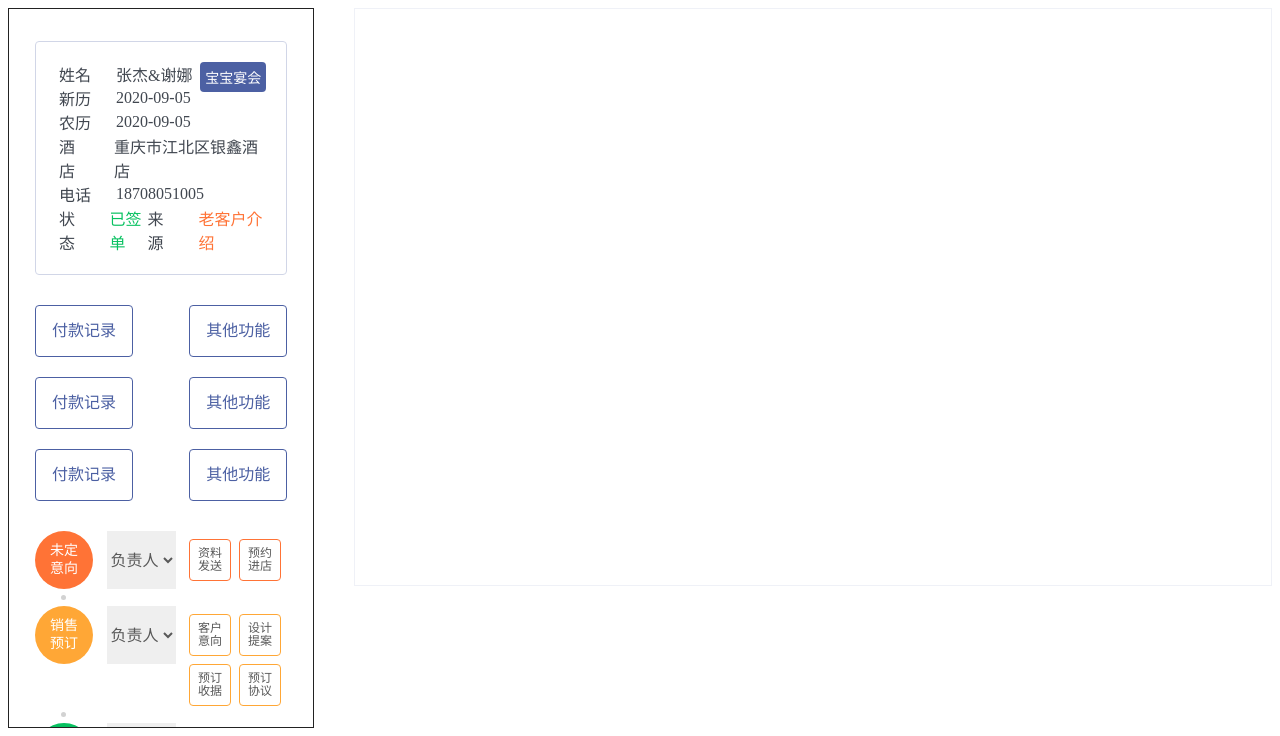
Repository: Lairuola/wedding-1
Page: index.html
The author's editor kept a copy of each file at every save. The page is drawn from the files as they stood at one save, then again after the next save.
The browser window is 1280 px wide. The pictures show the whole page.

Above is the page before, as saved 2020-12-24 15:20:12.

### index.html
<!--
 * @Author       : 濑若拉
 * @Date         : 2020-12-17 10:22:14
 * @LastEditors  : 濑若拉
 * @LastEditTime : 2020-12-24 15:20:11
 * @FilePath     : /slidebar/index.html
-->


<!DOCTYPE html>
<html lang="en">

<head>
  <meta charset="UTF-8">
  <meta name="viewport" content="width=device-width, initial-scale=1.0">
  <title>Document</title>
  <style>
    .slide-left {
      width: 402px;
      height: 100vh;
      box-sizing: border-box;
      padding: 32px 26px;
      overflow-y: auto;
      display: flex;
      flex-direction: column;
      align-items: center;
      border: 1px solid #222;
    }

    .info {
      width: 100%;
      height: 328px;
      display: flex;
      flex-direction: column;
      justify-content: space-between;
      padding: 20px 23px;
      position: relative;
      box-sizing: border-box;
      border-radius: 4px;
      border: solid 1px #d1d6e7;
    }

    .info .row {
      width: 100%;
      display: flex;
      font-size: 16px;
      color: #414750;
      flex-direction: row;
      align-items: center;
    }

    .info .row .label,
    .info .end-row .item .label {
      margin-right: 25px;
    }

    .info .end-row {
      width: 100%;
      display: flex;
      flex-direction: row;
      align-items: center;
      justify-content: space-between;
      font-size: 16px;
      color: #414750;
    }

    .info .end-row .item {
      display: flex;
      flex-direction: row;
      align-items: center;
      font-size: 16px;
      color: #414750;
    }

    .info .info-tag {
      padding: 5px;
      background-color: #4c60a3;
      border-radius: 4px;
      font-size: 14px;
      color: #fff;
      position: absolute;
      top: 20px;
      right: 20px;
    }

    .btn-area {
      width: 100%;
      display: flex;
      flex-direction: row;
      align-items: center;
      justify-content: space-between;
      flex-wrap: wrap;
      margin-top: 10px;
      margin-bottom: 30px;
    }

    .btn-area .btn {
      width: 96px;
      height: 50px;
      background-color: #ffffff;
      border-radius: 4px;
      border: solid 1px #4c60a3;
      font-size: 16px;
      color: #4c60a3;
      text-align: center;
      line-height: 50px;
      margin-top: 20px;
    }

    .bot-area {
      width: 100%;
      display: flex;
      flex-direction: column;
    }

    .bot-area .item {
      width: 100%;
      display: flex;
      flex-direction: row;
      position: relative;
      padding-bottom: 17px;
    }

    .bot-area .item .circle {
      width: 58px;
      height: 58px;
      color: #fff;
      border-radius: 100%;
      display: flex;
      align-items: center;
      justify-content: center;
    }

    .bot-area .item .circle .text {
      width: 28px;
      height: 36px;
      font-size: 14px;
      line-height: 18px;
    }

    .bot-area .item .select-wrap {
      width: 96px;
      text-align: center;
    }

    .bot-area .item .select-wrap .bot-select {
      border: none;
      outline: none;
      color: #595959;
      font-size: 16px;
      height: 58px;
    }

    .bot-area .item .btn-row {
      flex: 1;
      display: flex;
      flex-direction: row;
      flex-wrap: wrap;
      margin-right: -8px;
    }

    .bot-area .item .btn-row .btn {
      width: 40px;
      height: 40px;
      border-radius: 4px;
      margin-right: 8px;
      border: 1px solid;
      display: flex;
      align-items: center;
      justify-content: center;
      margin-top: 8px;
      color: #595959;
    }

    .bot-area .item .btn-row .btn .word {
      width: 24px;
      height: 26px;
      font-size: 12px;
      line-height: 13px;
      letter-spacing: 0px;
    }

    .bot-area .item .dot {
      width: 5px;
      height: 5px;
      background-color: #d2d2d2;
      border-radius: 100%;
      position: absolute;
      bottom: 6px;
      left: 26px;
    }

    .bot-area .item .btn-row .btn.orange {
      border-color: #ff7336;
    }

    .bot-area .item .btn-row .btn.orange:hover {
      background-color: #ff7336;
      color: #fff;
    }

    .bot-area .item .btn-row .btn.yellow {
      border-color: #ffa736;
    }

    .bot-area .item .btn-row .btn.yellow:hover {
      background-color: #ffa736;
      color: #fff;
    }

    .bot-area .item .btn-row .btn.green {
      border-color: #07c160;
    }

    .bot-area .item .btn-row .btn.green:hover {
      background-color: #07c160;
      color: #fff;
    }

    .bot-area .item .btn-row .btn.aqua {
      border-color: #0bc8cb;
    }

    .bot-area .item .btn-row .btn.aqua:hover {
      background-color: #0bc8cb;
      color: #fff;
    }

    .bot-area .item .btn-row .btn.blue {
      border-color: #3d9bfb;
    }

    .bot-area .item .btn-row .btn.blue:hover {
      background-color: #3d9bfb;
      color: #fff;
    }

    .bot-area .item .btn-row .btn.cornflowerblue {
      border-color: #4c60a3;
    }

    .bot-area .item .btn-row .btn.cornflowerblue:hover {
      background-color: #4c60a3;
      color: #fff;
    }

    .color-green {
      color: #07c160
    }

    .color-orange {
      color: #ff7336;
    }

    .bg-color-red {
      background-color: #ff7336;
    }

    .bg-color-yellow {
      background-color: #ffa736;
    }

    .bg-color-green {
      background-color: #07c160;
    }

    .bg-color-aqua {
      background-color: #0bc8cb;
    }

    .bg-color-blue {
      background-color: #3d9bfb;
    }

    .bg-color-cornflowerblue {
      background-color: #4c60a3;
    }
  </style>
  <style>
    .my-table {
      width: 100%;
      height: 80vh;
      display: flex;
      flex-direction: column;
      margin-left: 40px;
      border: 1px solid #eff1f7;
    }
  </style>
</head>

<body style="display: flex;flex-direction: row;">
  <div class="slide-left">
    <!-- 资料 -->
    <div class="info">
      <div class="row">
        <div class="label">姓名</div>
        <div class="content">张杰&谢娜</div>
      </div>
      <div class="row">
        <div class="label">新历</div>
        <div class="content">2020-09-05</div>
      </div>
      <div class="row">
        <div class="label">农历</div>
        <div class="content">2020-09-05</div>
      </div>
      <div class="row">
        <div class="label">酒店</div>
        <div class="content">重庆市江北区银鑫酒店</div>
      </div>
      <div class="row">
        <div class="label">电话</div>
        <div class="content">18708051005</div>
      </div>
      <div class="end-row">
        <div class="item">
          <div class="label">状态</div>
          <div class="content color-green">已签单</div>
        </div>
        <div class="item">
          <div class="label">来源</div>
          <div class="content color-orange">老客户介绍</div>
        </div>
      </div>
      <!-- tag -->
      <div class="info-tag">宝宝宴会</div>
    </div>
    <!-- btn-area -->
    <div class="btn-area">
      <div class="btn">付款记录</div>
      <div class="btn">其他功能</div>
      <div class="btn">付款记录</div>
      <div class="btn">其他功能</div>
      <div class="btn">付款记录</div>
      <div class="btn">其他功能</div>
    </div>
    <!-- bot-area -->
    <div class="bot-area">
      <div class="item">
        <div class="circle bg-color-red">
          <div class="text">未定意向</div>
        </div>
        <div class="select-wrap">
          <select class='bot-select' name="" id="">
            <option value="">负责人</option>
          </select>
        </div>
        <div class="btn-row">
          <div class="btn orange">
            <div class="word">资料发送</div>
          </div>
          <div class="btn orange">
            <div class="word">预约进店</div>
          </div>
        </div>
        <div class="dot"></div>
      </div>
      <div class="item">
        <div class="circle bg-color-yellow">
          <div class="text">销售预订</div>
        </div>
        <div class="select-wrap">
          <select class='bot-select' name="" id="">
            <option value="">负责人</option>
          </select>
        </div>
        <div class="btn-row">
          <div class="btn yellow">
            <div class="word">客户意向</div>
          </div>
          <div class="btn yellow">
            <div class="word">设计提案</div>
          </div>
          <div class="btn yellow">
            <div class="word">预订收据</div>
          </div>
          <div class="btn yellow">
            <div class="word">预订协议</div>
          </div>
        </div>
        <div class="dot"></div>
      </div>
      <div class="item">
        <div class="circle bg-color-green">
          <div class="text">设计策划</div>
        </div>
        <div class="select-wrap">
          <select class='bot-select' name="" id="">
            <option value="">负责人</option>
          </select>
        </div>
        <div class="btn-row">
          <div class="btn green">
            <div class="word">策划设计</div>
          </div>
          <div class="btn green">
            <div class="word">价格明细</div>
          </div>
          <div class="btn green">
            <div class="word">正式合同</div>
          </div>
          <div class="btn green">
            <div class="word">搭建清单</div>
          </div>
        </div>
        <div class="dot"></div>
      </div>
      <div class="item">
        <div class="circle bg-color-aqua">
          <div class="text">服务统筹</div>
        </div>
        <div class="select-wrap">
          <select class='bot-select' name="" id="">
            <option value="">负责人</option>
          </select>
        </div>
        <div class="btn-row">
          <div class="btn aqua">
            <div class="word">统筹服务</div>
          </div>
        </div>
        <div class="dot"></div>
      </div>
      <div class="item">
        <div class="circle bg-color-blue">
          <div class="text">执行搭建</div>
        </div>
        <div class="select-wrap">
          <select class='bot-select' name="" id="">
            <option value="">负责人</option>
          </select>
        </div>
        <div class="btn-row">
          <div class="btn blue">
            <div class="word">搭建确认</div>
          </div>
          <div class="btn blue">
            <div class="word">执行完成</div>
          </div>
        </div>
        <div class="dot"></div>
      </div>
      <div class="item">
        <div class="circle bg-color-cornflowerblue">
          <div class="text">成本结算</div>
        </div>
        <div class="select-wrap">
          <select class='bot-select' name="" id="">
            <option value="">负责人</option>
          </select>
        </div>
        <div class="btn-row">
          <div class="btn cornflowerblue">
            <div class="word">成本核算</div>
          </div>
        </div>
      </div>
    </div>
  </div>
  <div class="my-table"></div>
</body>

</html>

After the next save:
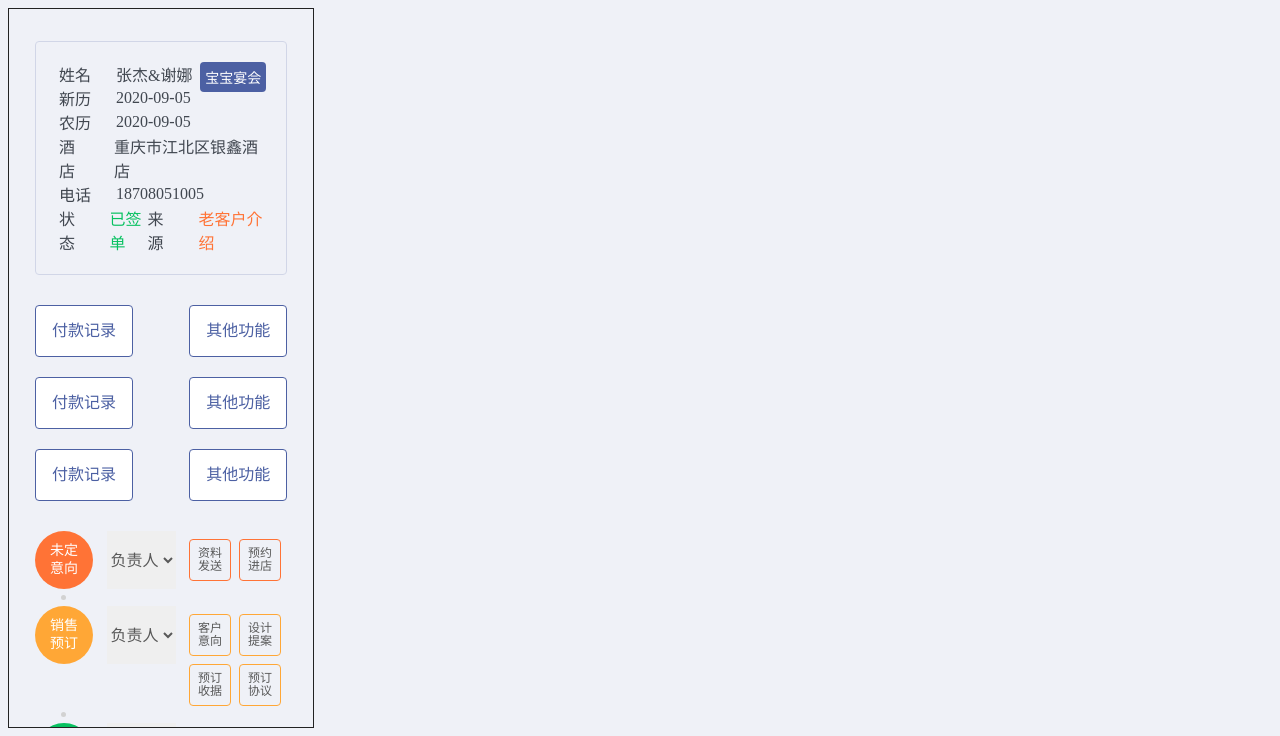
Saved 34 s later.
--- a/index.html
+++ b/index.html
@@ -2,7 +2,7 @@
  * @Author       : 濑若拉
  * @Date         : 2020-12-17 10:22:14
  * @LastEditors  : 濑若拉
- * @LastEditTime : 2020-12-24 15:20:11
+ * @LastEditTime : 2020-12-24 15:20:46
  * @FilePath     : /slidebar/index.html
 -->
 
@@ -288,7 +288,7 @@
   </style>
 </head>
 
-<body style="display: flex;flex-direction: row;">
+<body style="display: flex;flex-direction: row;background-color: #eff1f7;">
   <div class="slide-left">
     <!-- 资料 -->
     <div class="info">

After the save that followed:
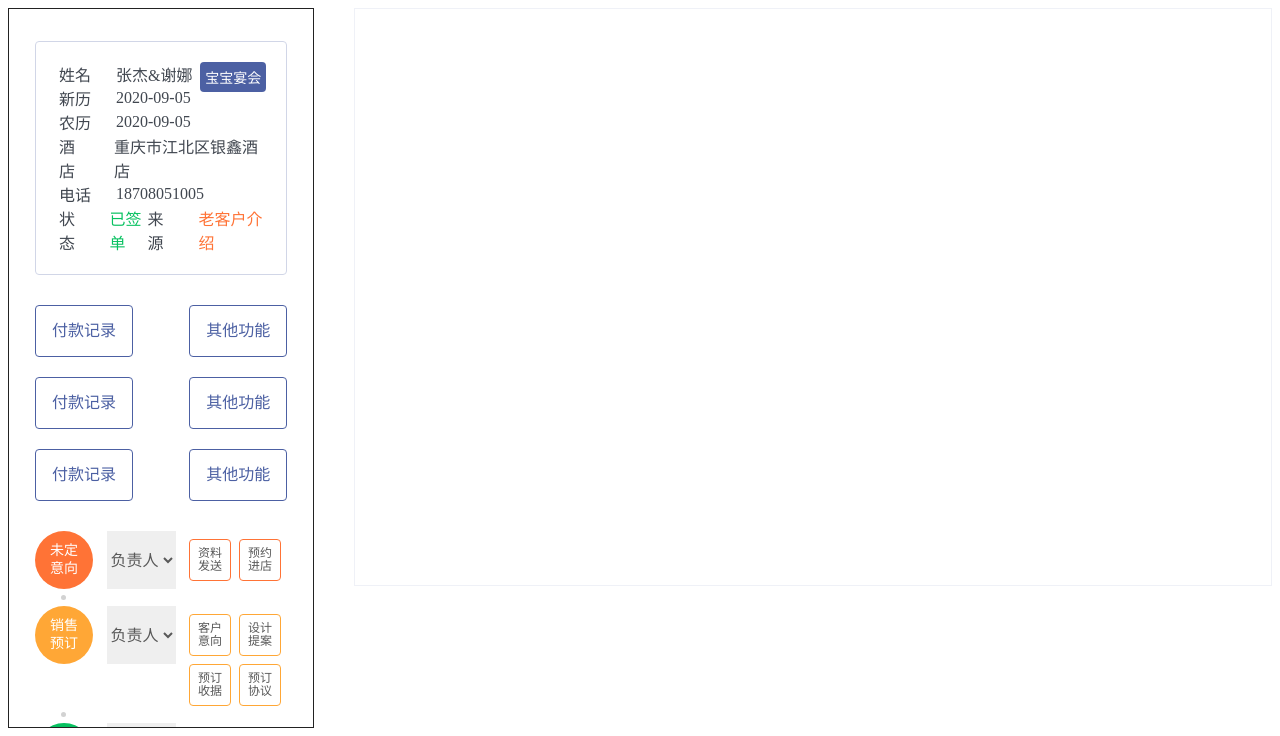
Saved 26 s later.
--- a/index.html
+++ b/index.html
@@ -2,7 +2,7 @@
  * @Author       : 濑若拉
  * @Date         : 2020-12-17 10:22:14
  * @LastEditors  : 濑若拉
- * @LastEditTime : 2020-12-24 15:20:46
+ * @LastEditTime : 2020-12-24 15:21:12
  * @FilePath     : /slidebar/index.html
 -->
 
@@ -288,7 +288,7 @@
   </style>
 </head>
 
-<body style="display: flex;flex-direction: row;background-color: #eff1f7;">
+<body style="display: flex;flex-direction: row;">
   <div class="slide-left">
     <!-- 资料 -->
     <div class="info">
